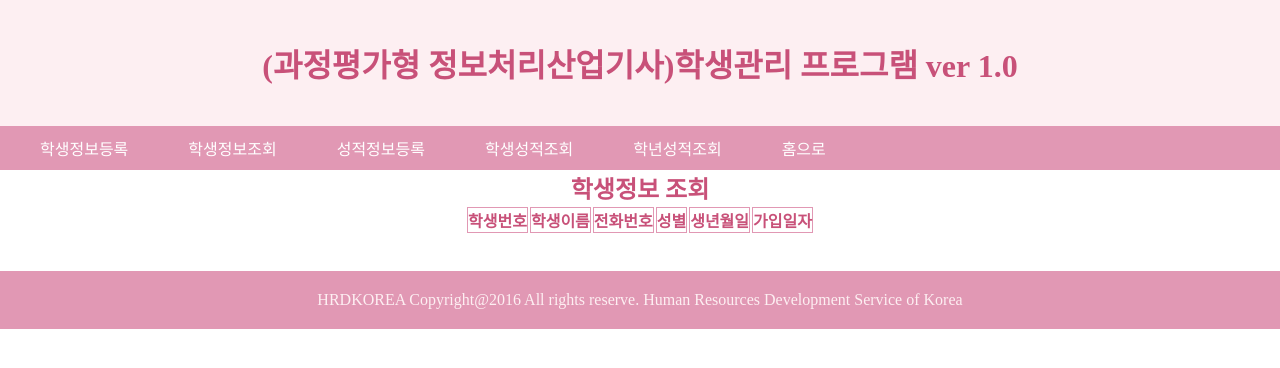
Repository: SeolhwaPark/JSL40_HRDKOREA
Page: http://localhost/HRD_0428_02/list.jsp
The author's editor kept a copy of each file at every save. The page is drawn from the files as they stood at one save, then again after the next save.
The browser window is 1280 px wide. The pictures show the whole page.
The page is served by Tomcat 9. Queries for data that is not in the repository find no rows.

Above is the page before, as saved 2020-04-29 14:51:00.

After the next save:
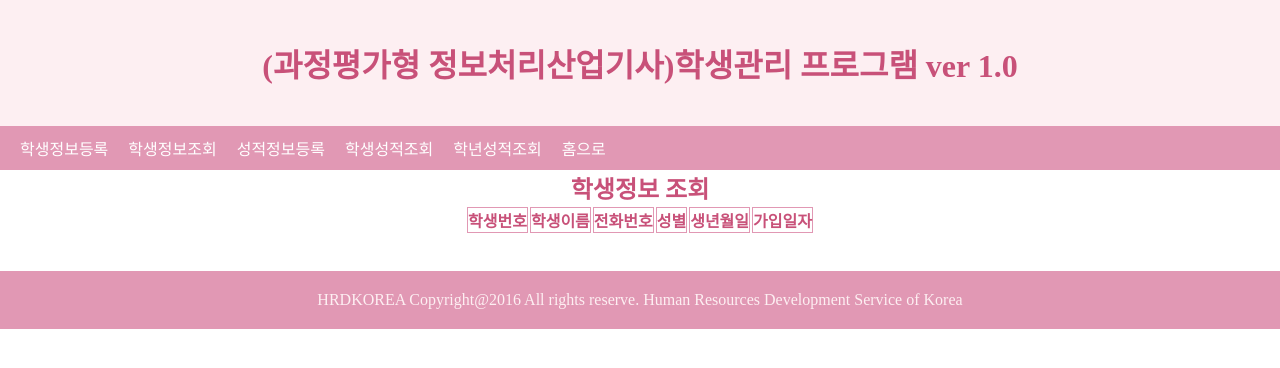
Saved 13 h 44 min later.
--- a/HRD_0428_02/WebContent/list.jsp
+++ b/HRD_0428_02/WebContent/list.jsp
@@ -18,7 +18,7 @@
 .logo{padding:40px 0;text-align:center;color:#c85179; background-color:#fdeff2}
 .navi{padding:10px 0;overflow:hidden; background-color:#e198b4}
 .navi ul, li{padding:0 10px;float:left;list-style:none}
-a{padding:20px;text-decoration:none; color:#fff}
+a{text-decoration:none; color:#fff}
 
 .section{color:#c85179;}
 .title{text-align:center;}
